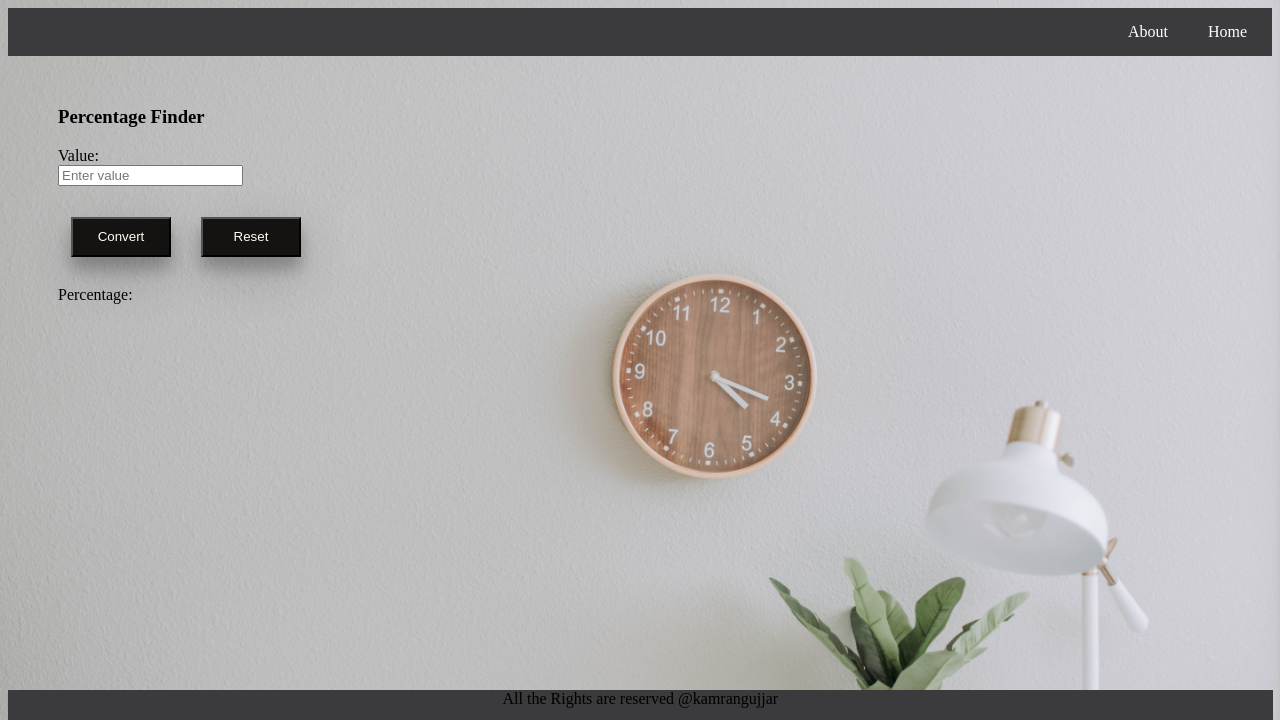
Repository: Kamrangujjar85112/Length-Converter
Page: html/percentage.html
An editor plug-in stored every save of this project. The page is shown before and after the next save, followed by the edit.
The browser window is 1280 px wide. The pictures show the whole page.

Above is the page before, as saved 2022-01-21 10:12:45.

### html/percentage.html
<!-- percentage -->
<!DOCTYPE html>
<html lang="en">
<head>
    <meta charset="UTF-8">
    <meta http-equiv="X-UA-Compatible" content="IE=edge">
    <meta name="viewport" content="width=device-width, initial-scale=1.0">
    <title>Percentage</title>
    <link rel="stylesheet" href="../css/style.css">
</head>
<body>
    <div class="container ">
        <div class="header">
            <nav>
                <ul class="nav-ul">
                    <li class="nav-li"><a href="home.html">Home</a></li>
                    <li class="nav-li"><a href="about.html">About</a></li>
                </ul>
            </nav>
        </div>
        <div class="box">
            <h3>Percentage Finder</h3>

            <label>Value:</label><br>
            <input type="number" id="percentage" placeholder="Enter value" value=""><br><br>
            <button id="convert">Convert</button>
            <input type="reset" value="Reset" id="reset"><br>
            <p>Percentage: <span id="percent"></span></p>

    </div>
            <footer class="footer">
                <span>All the Rights are reserved @kamrangujjar</span>
              </footer>
    </div>
    <script src="../js/converter.js"></script>
</body>
</html>

### css/style.css
  body{
    background-image: url('backg.jpg');
    background-repeat: no-repeat;
    background-attachment: fixed;
    background-size: cover;
}
.header{
    top: 0;
    width: 100%;
    margin: 0;
    position: relative;

}
.nav-ul{
    list-style-type: none;
    margin: 0;
    overflow: hidden;
    background: rgb(59, 59, 61);
  }

.nav-li {
    padding-right: 10px;
    float: right;
    align-items: inherit;
}

.nav-li a {
    display: block;
    color: rgb(255, 255, 255);
    text-align:center;
    padding: 15px 15px;
    text-decoration: none;
}
.link {
    list-style: none;
    text-align: left;
    align-items: left;
    margin: 10px;
    width: 300px;
}
.nav-li a:hover {
    background-color: #0ac577;
}
footer{
    bottom: 0;
    width: 98.8%;
    position: fixed;
    height: 30px;
    text-align: center;
    background: rgb(59, 59, 61);
}
button{
    width: 100%;
    height:40px;
    color: ivory;
    background-color: #141312;
    margin:13px;
    box-shadow: 0 12px 16px 0 rgba(0,0,0,0.24), 0 17px 50px 0 rgba(0,0,0,0.19);
}
#convert{
    width: 100px;
    height:40px;
    color: ivory;
    background-color: #141312;
    margin:13px;
    box-shadow: 0 12px 16px 0 rgba(0,0,0,0.24), 0 17px 50px 0 rgba(0,0,0,0.19);
}
#reset{
    width: 100px;
    height:40px;
    color: ivory;
    background-color: #141312;
    margin:13px;
    box-shadow: 0 12px 16px 0 rgba(0,0,0,0.24), 0 17px 50px 0 rgba(0,0,0,0.19);
}
.box{
    margin: 50px;
    align-content: left;
    border-color:navy;
}

### js/converter.js
const inputCmToMm = document.getElementById('centimetersToMilimeters');
const inputMiToKm = document.getElementById('milesToKilometers');
const inputMToCm = document.getElementById('metersToCentimeters');
const inputCmToKm = document.getElementById('centimetersToKilometers');
const inputKmToM = document.getElementById('kilometersToMeters');
const inputMiToM = document.getElementById('milesToMeters');
const inputValue = document.getElementById('percentage');
const convert = document.getElementById('convert');
const reset = document.getElementById('reset');



// // Converter
// centimeters To Milimeters
convert.addEventListener('click', function converter(){
    const Mm = inputCmToMm.value * 10;
    document.getElementById('cmToMm').innerHTML = inputCmToMm.value +' Centimeters are equal to ' +Mm + ' Milimeters';
});
// Miles to kilometers
convert.addEventListener('click', function converter(){
    const Km1 = inputMiToKm.value * 10;
    document.getElementById('miToKm').innerHTML = inputMiToKm.value +' Miles are equal to ' +Km1 + ' Kilometers';
});
// Meters to Centimeters
convert.addEventListener('click', function converter(){
    const Cm1 = inputMToCm.value * 10;
    document.getElementById('mToCm').innerHTML = inputMToCm.value +' Meters are equal to ' +Cm1 + ' Centimeters';
});
// centimeters To kilometers
convert.addEventListener('click', function converter(){
    const Km2 = inputCmToKm.value * 10;
    document.getElementById('cmToKm').innerHTML = inputCmToKm.value +' Centimeters are equal to ' +Km2 + ' Kilometers';
});
// kilometers To meters
convert.addEventListener('click', function converter(){
    const M1 = inputKmToM.value * 10;
    document.getElementById('kmToM').innerHTML = inputKmToM.value +' Kilometers are equal to ' +M1 + ' Meters';
});
// Miles To meters
convert.addEventListener('click', function converter(){
    const M2 = inputMiToM.value * 10;
    document.getElementById('miToM').innerHTML = inputMiToM.value +' Miles are equal to ' +M2 + ' Meters';
});
// percentage
convert.addEventListener('click', function converter(){
    const p = inputValue.value * 10;
    document.getElementById('percent').innerHTML = inputValue.value +' has the percentage ' +p ;
});

// // reset
// centimeters To Milimeters
reset.addEventListener('click', function reset(){
    document.getElementById('centimetersToMilimeters').value= "";
    document.getElementById('cmToMm').innerHTML = "";
});
// Miles to kilometers
reset.addEventListener('click', function reset(){
    document.getElementById('milesToKilometers').value = "";
    document.getElementById('miToKm').innerHTML = "";
});
// Meters to Centimeters
reset.addEventListener('click', function reset(){
    document.getElementById('metersToCentimeters').value = "";
    document.getElementById('mToCm').innerHTML = "";
});
// centimeters To kilometers
reset.addEventListener('click', function reset(){
    document.getElementById('centimetersToKilometers').value = "";
    document.getElementById('cmToKm').innerHTML = "";
});
// kilometers To meters
reset.addEventListener('click', function reset(){
    document.getElementById('kilometersToMeters').value = "";
    document.getElementById('kmToM').innerHTML = "";
});
// Miles To meters
reset.addEventListener('click', function reset(){
    document.getElementById('milesToMeters').value = "";
    document.getElementById('miToM').innerHTML = "";
});
// percentage
reset.addEventListener('click', function reset(){
    document.getElementById('percentage').value = "";
    document.getElementById('percent').innerHTML = "";
});

After the next save:
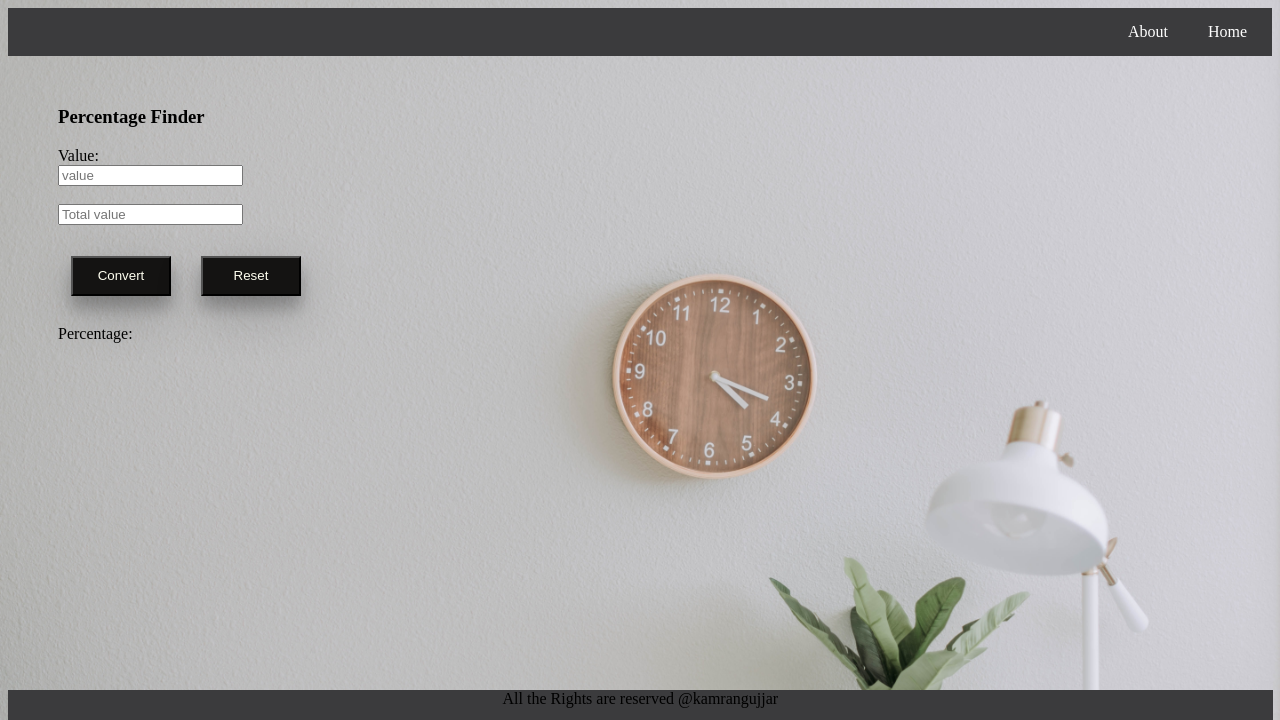
Saved 8 min 56 s later.
--- a/html/percentage.html
+++ b/html/percentage.html
@@ -22,7 +22,8 @@
             <h3>Percentage Finder</h3>
 
             <label>Value:</label><br>
-            <input type="number" id="percentage" placeholder="Enter value" value=""><br><br>
+            <input type="number" id="percentage" placeholder="value" value=""><br><br>
+            <input type="number" id="percentage" placeholder="Total value" value=""><br><br>
             <button id="convert">Convert</button>
             <input type="reset" value="Reset" id="reset"><br>
             <p>Percentage: <span id="percent"></span></p>
